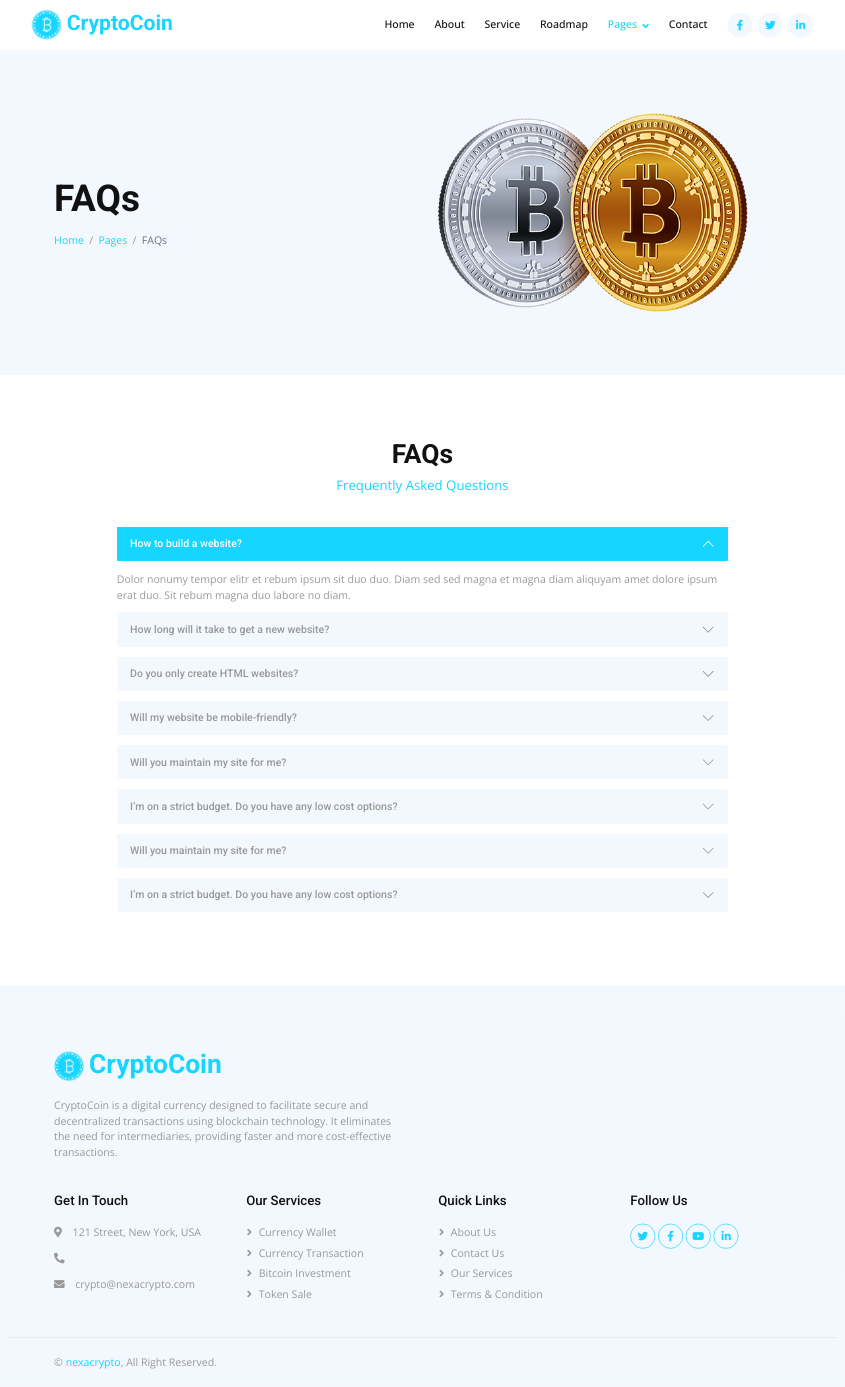
Repository: meenadabhii/nexacrypto
Page: faq.html
An editor plug-in stored every save of this project. The page is shown before and after the next save, followed by the edit.
The browser window is 1280 px wide. The pictures show the whole page, at 66% of full size.
Some web libraries are served in a nearby version.

Above is the page before, as saved 2025-03-21 17:10:55.

After the next save:
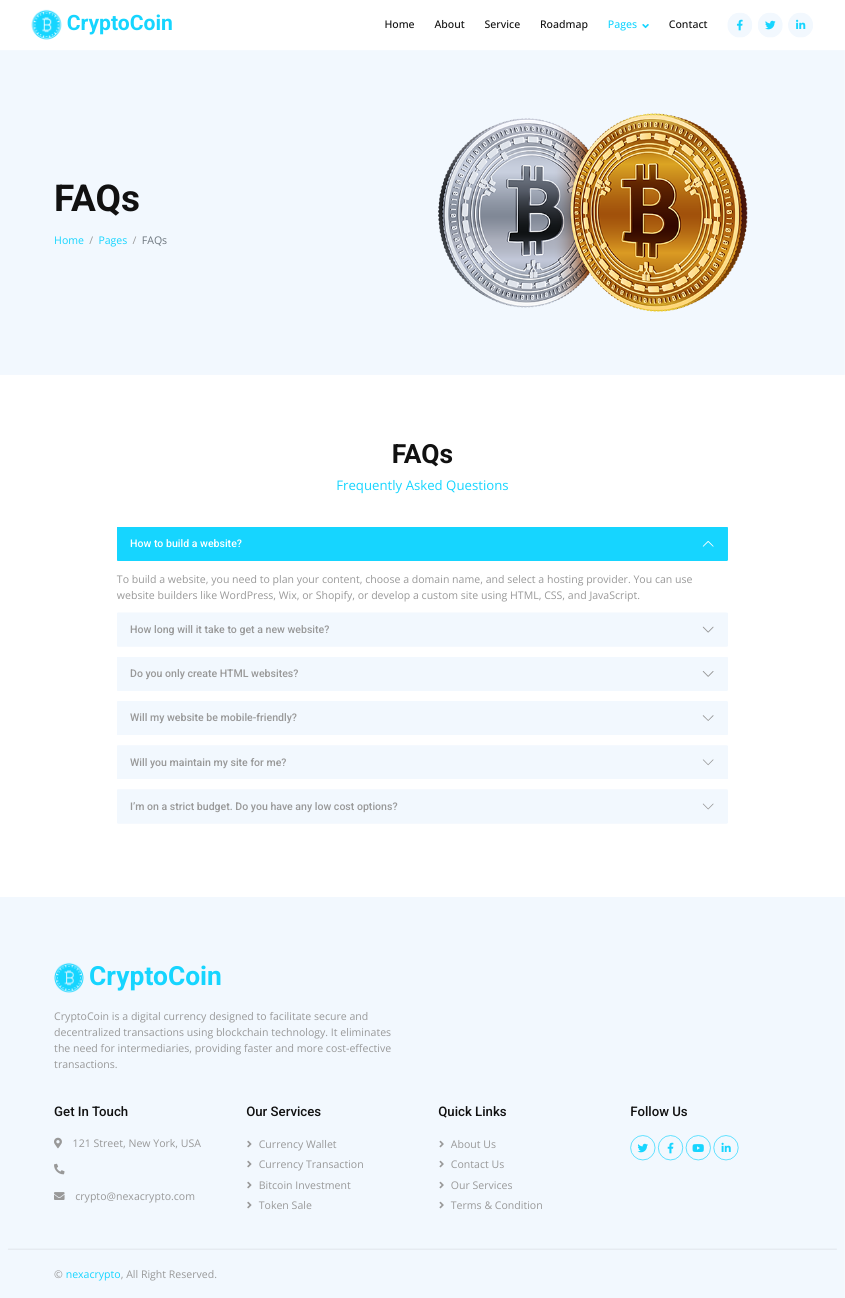
Saved 43 s later.
--- a/faq.html
+++ b/faq.html
@@ -117,7 +117,7 @@
                             <div id="collapseOne" class="accordion-collapse collapse show" aria-labelledby="headingOne"
                                 data-bs-parent="#accordionExample">
                                 <div class="accordion-body">
-                                    Dolor nonumy tempor elitr et rebum ipsum sit duo duo. Diam sed sed magna et magna diam aliquyam amet dolore ipsum erat duo. Sit rebum magna duo labore no diam.
+                                    To build a website, you need to plan your content, choose a domain name, and select a hosting provider. You can use website builders like WordPress, Wix, or Shopify, or develop a custom site using HTML, CSS, and JavaScript.
                                 </div>
                             </div>
                         </div>
@@ -131,7 +131,7 @@
                             <div id="collapseTwo" class="accordion-collapse collapse" aria-labelledby="headingTwo"
                                 data-bs-parent="#accordionExample">
                                 <div class="accordion-body">
-                                    Dolor nonumy tempor elitr et rebum ipsum sit duo duo. Diam sed sed magna et magna diam aliquyam amet dolore ipsum erat duo. Sit rebum magna duo labore no diam.
+                                    The time required depends on the complexity. A simple website can take a few days to a couple of weeks, while a custom-developed site may take several months.
                                 </div>
                             </div>
                         </div>
@@ -145,7 +145,7 @@
                             <div id="collapseThree" class="accordion-collapse collapse" aria-labelledby="headingThree"
                                 data-bs-parent="#accordionExample">
                                 <div class="accordion-body">
-                                    Dolor nonumy tempor elitr et rebum ipsum sit duo duo. Diam sed sed magna et magna diam aliquyam amet dolore ipsum erat duo. Sit rebum magna duo labore no diam.
+                                    No, we create websites using various technologies, including HTML, WordPress, Shopify, React, and other CMS platforms, depending on your needs.
                                 </div>
                             </div>
                         </div>
@@ -159,7 +159,7 @@
                             <div id="collapseFour" class="accordion-collapse collapse" aria-labelledby="headingFour"
                                 data-bs-parent="#accordionExample">
                                 <div class="accordion-body">
-                                    Dolor nonumy tempor elitr et rebum ipsum sit duo duo. Diam sed sed magna et magna diam aliquyam amet dolore ipsum erat duo. Sit rebum magna duo labore no diam.
+                                    Yes, all websites we create are fully responsive and optimized for mobile, tablet, and desktop devices to ensure a seamless user experience.
                                 </div>
                             </div>
                         </div>
@@ -173,7 +173,7 @@
                             <div id="collapseFive" class="accordion-collapse collapse" aria-labelledby="headingFive"
                                 data-bs-parent="#accordionExample">
                                 <div class="accordion-body">
-                                    Dolor nonumy tempor elitr et rebum ipsum sit duo duo. Diam sed sed magna et magna diam aliquyam amet dolore ipsum erat duo. Sit rebum magna duo labore no diam.
+                                    Yes, we offer website maintenance services, including updates, security patches, content management, and performance optimization.
                                 </div>
                             </div>
                         </div>
@@ -187,38 +187,12 @@
                             <div id="collapseSix" class="accordion-collapse collapse" aria-labelledby="headingSix"
                                 data-bs-parent="#accordionExample">
                                 <div class="accordion-body">
-                                    Dolor nonumy tempor elitr et rebum ipsum sit duo duo. Diam sed sed magna et magna diam aliquyam amet dolore ipsum erat duo. Sit rebum magna duo labore no diam.
-                                </div>
-                            </div>
-                        </div>
-                        <div class="accordion-item wow fadeInUp" data-wow-delay="0.7s">
-                            <h2 class="accordion-header" id="headingSeven">
-                                <button class="accordion-button collapsed" type="button" data-bs-toggle="collapse"
-                                    data-bs-target="#collapseSeven" aria-expanded="false" aria-controls="collapseSeven">
-                                    Will you maintain my site for me?
-                                </button>
-                            </h2>
-                            <div id="collapseSeven" class="accordion-collapse collapse" aria-labelledby="headingSeven"
-                                data-bs-parent="#accordionExample">
-                                <div class="accordion-body">
-                                    Dolor nonumy tempor elitr et rebum ipsum sit duo duo. Diam sed sed magna et magna diam aliquyam amet dolore ipsum erat duo. Sit rebum magna duo labore no diam.
-                                </div>
-                            </div>
-                        </div>
-                        <div class="accordion-item wow fadeInUp" data-wow-delay="0.8s">
-                            <h2 class="accordion-header" id="headingEight">
-                                <button class="accordion-button collapsed" type="button" data-bs-toggle="collapse"
-                                    data-bs-target="#collapseEight" aria-expanded="false" aria-controls="collapseEight">
-                                    I’m on a strict budget. Do you have any low cost options?
-                                </button>
-                            </h2>
-                            <div id="collapseEight" class="accordion-collapse collapse" aria-labelledby="headingEight"
-                                data-bs-parent="#accordionExample">
-                                <div class="accordion-body">
-                                    Dolor nonumy tempor elitr et rebum ipsum sit duo duo. Diam sed sed magna et magna diam aliquyam amet dolore ipsum erat duo. Sit rebum magna duo labore no diam.
-                                </div>
-                            </div>
-                        </div>
+                                    Yes, we offer affordable website solutions, including pre-designed templates and budget-friendly development plans to meet your needs.
+                                </div>
+                            </div>
+                        </div>
+
+
                     </div>
                 </div>
             </div>
